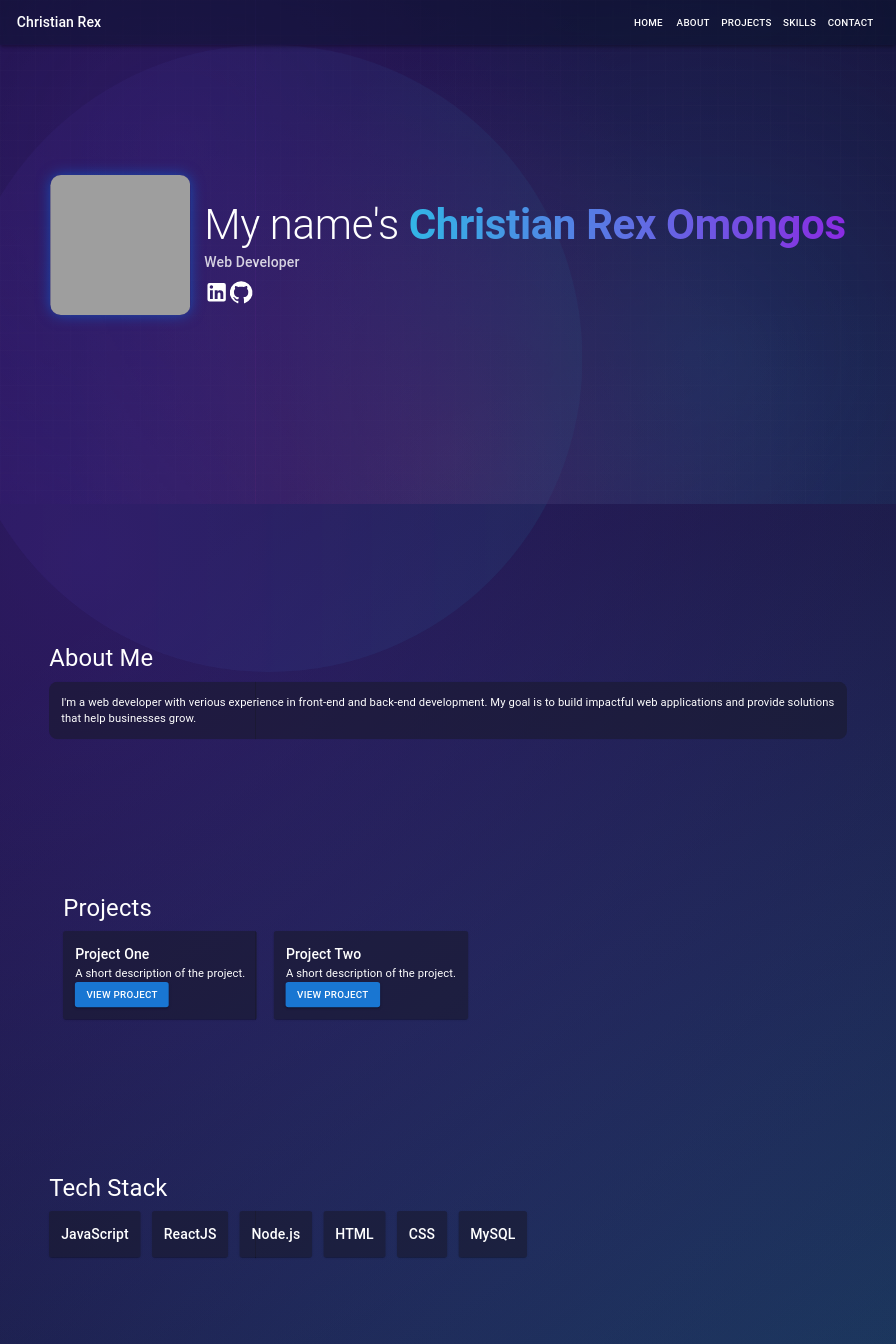
Repository: mikeshadowcoder/myWeb
Page: /
These files come from the project's save history. The page is drawn as it stood at one moment and after the next save; the edit follows.
The browser window is 1280 px wide. The pictures show the part of the page from y = 0 to 1920 px (the page is 2643 px tall), at 70% of full size.
Pictures or frames that could not be fetched are drawn as grey boxes. The project was rebuilt for these pictures with package versions that can differ from the ones it lists, and the page was loaded fresh each time.

Above is the page before, as saved 2026-01-21 16:38:54.

After the next save:
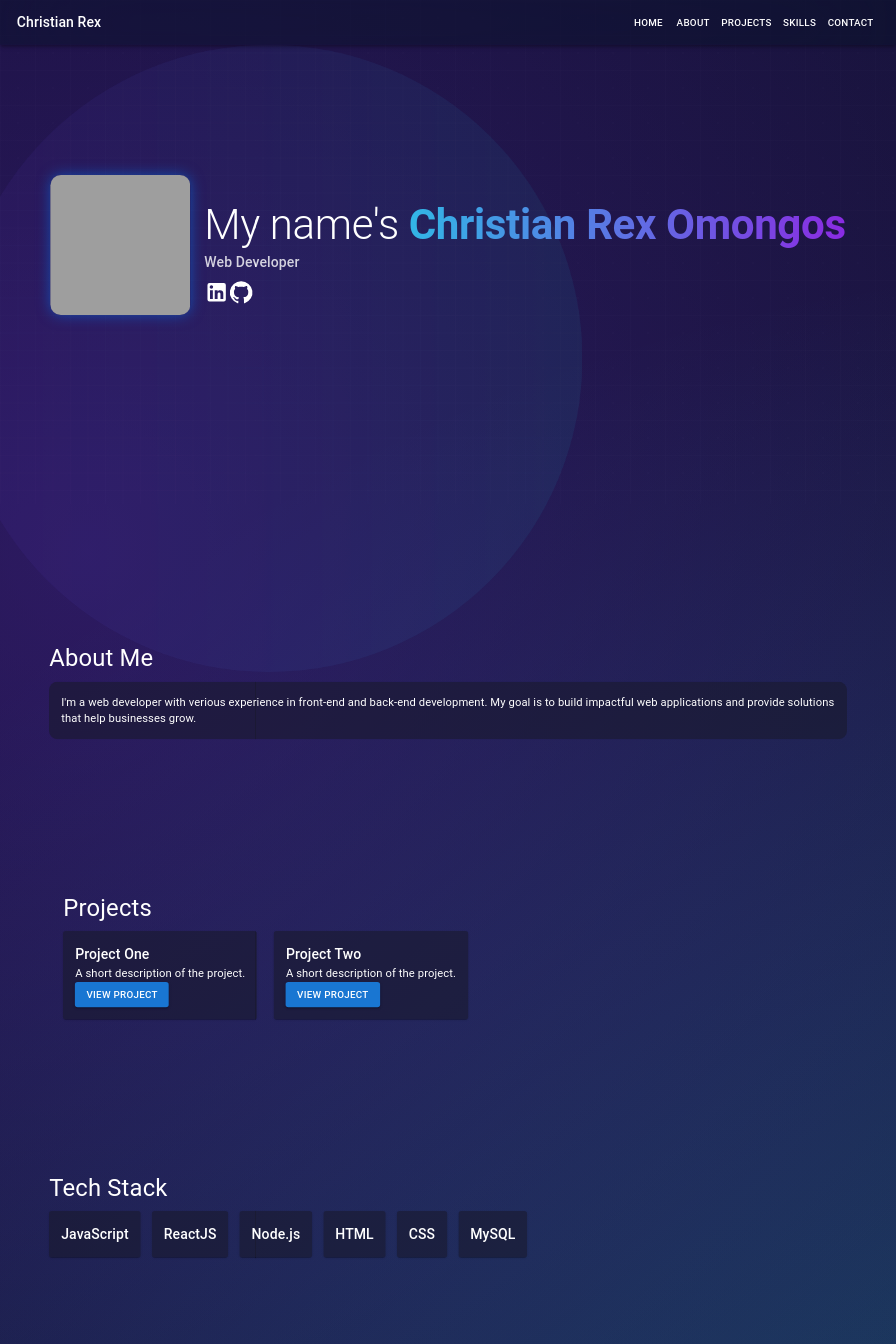
Saved 14 s later.
--- a/src/components/BackgroundShapes.js
+++ b/src/components/BackgroundShapes.js
@@ -14,7 +14,7 @@
         </defs>
         <circle cx="30" cy="40" r="35" fill="url(#g1)" opacity="0.25" />
       </svg>
-      <div className="gradient-blobs" />
+      {/* <div className="gradient-blobs" /> */}
     </div>
     </>
   );
